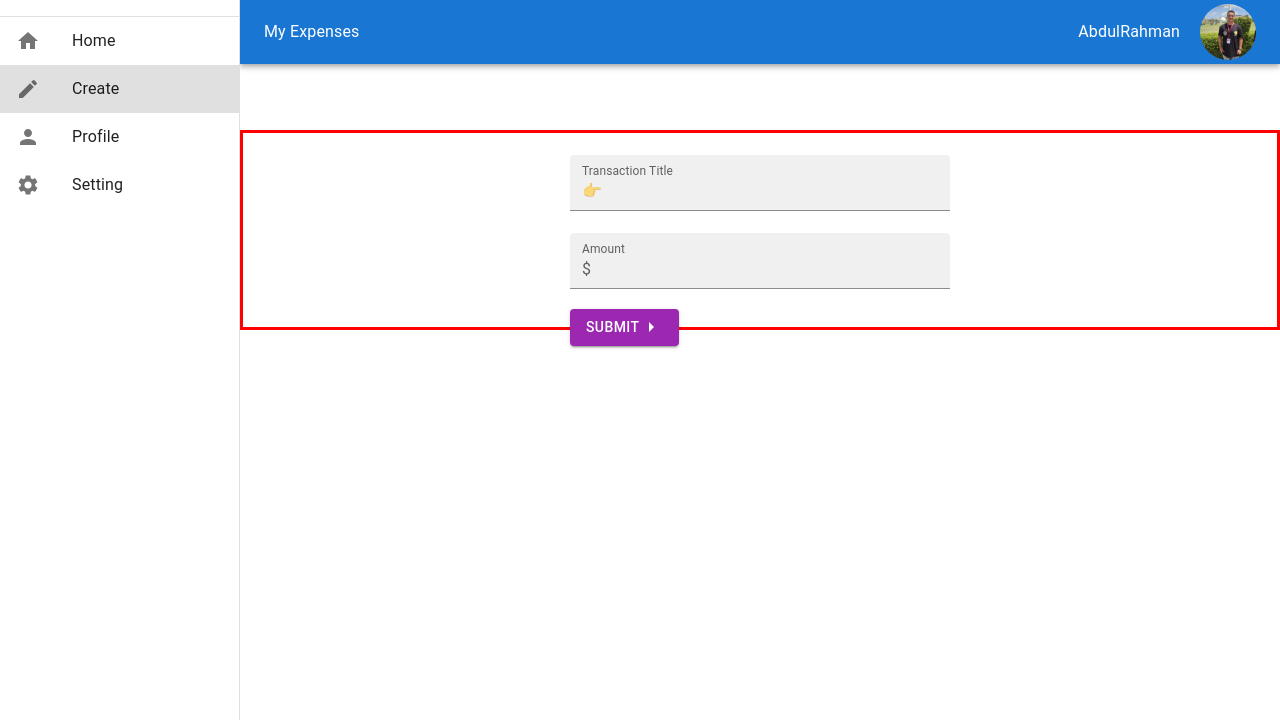
Repository: abdulrahmanmahmood/Expenses-APP
Page: /create
These files come from the project's save history. The page is drawn as it stood at one moment and after a run of saves; the edit follows.
The browser window is 1280 px wide. The pictures show the whole page.
The project was rebuilt for these pictures with package versions that can differ from the ones it lists, and the page was loaded fresh each time. Also part of the build but not shown: src/App.css, src/App.js. Imported but missing from the stored project, and not drawn on this page: src/pages/home/Home.

Above is the page before, as saved 2023-10-03 22:38:31.

### public/index.html
<!DOCTYPE html>
<html lang="en">

<head>
  <meta charset="utf-8" />
  <meta name="viewport" content="width=device-width, initial-scale=1" />
  <meta name="theme-color" content="#000000" />
  <meta name="description" content="Web site created using create-react-app" />
  <link rel="stylesheet" href="https://fonts.googleapis.com/icon?family=Material+Icons" />



  <title>React App</title>
</head>

<body>
  <div id="root"></div>

</body>

</html>

### src/index.js
import React, { useState } from "react";
import ReactDOM from "react-dom/client";
import "./index.css";
import App from "./App";
import {
  createBrowserRouter,
  createRoutesFromElements,
  Route,
  RouterProvider,
} from "react-router-dom";
import Root from "./pages/Root";
import Home from "./pages/home/Home";
import Create from "./pages/create/Create";


const router = createBrowserRouter(
  createRoutesFromElements(
    <Route path="/" element={<Root />}>

      <Route index="/" element={<Home />} />
      <Route path="create" element={<Create />} />



      {/* ... etc. */}

    </Route>
  )
);


ReactDOM.createRoot(document.getElementById("root")).render(
  <React.StrictMode>


    <RouterProvider router={router} />

  </React.StrictMode>
);

### src/index.css
body {
  margin: 0;
  font-family: -apple-system, BlinkMacSystemFont, 'Segoe UI', 'Roboto', 'Oxygen',
    'Ubuntu', 'Cantarell', 'Fira Sans', 'Droid Sans', 'Helvetica Neue',
    sans-serif;
  -webkit-font-smoothing: antialiased;
  -moz-osx-font-smoothing: grayscale;
}

code {
  font-family: source-code-pro, Menlo, Monaco, Consolas, 'Courier New',
    monospace;
}

.border{
  border: 3px red solid;
  height: 200px;
}

### src/pages/Root.jsx
import { Box, CssBaseline, ThemeProvider, createTheme } from "@mui/material";
import React, { useState } from "react";
import { Outlet } from "react-router-dom";
import Appbar from "../MUI-components/Appbar";
import Drawerr from "../MUI-components/Drawer";
import { grey } from "@mui/material/colors";
import getDesignTokens from "../style/theme";

function Root() {
  const drawerWidth = 240;
  const Ltheme = localStorage.getItem("theme")
    ? localStorage.getItem("theme")
    : "light";
  const [mode, setmoode] = useState(Ltheme);
  const [drawerView, setdrawerView] = useState("none");
  const [DrawerType, setDrawerType] = useState("permanent");
  const showDrawer = () => {
    if (drawerView === "none") {
      setdrawerView("block");
      setDrawerType("temporary");
    }
  };
  const hideDrawer = () => {
    setdrawerView("none");
    setDrawerType("permanent");
  };
  const theme = React.useMemo(() => createTheme(getDesignTokens(mode)), [mode]);


  return (
    <ThemeProvider theme={theme}>
      <CssBaseline />
      <div>
        <Appbar
          drawerWidth={drawerWidth}
          showDrawer={showDrawer}
          drawerView={drawerView}
          setDrawerType={setDrawerType}
        />
        <Drawerr
          drawerWidth={drawerWidth}
          setmoode={setmoode}
          drawerView={drawerView}
          DrawerType={DrawerType}
          hideDrawer={hideDrawer}
        />
        <Box
          component="main"
          className="border"
          sx={{
            ml: { sm: `${drawerWidth}px` },
            width: { xs: "100%", sm: `calc(100% - ${drawerWidth}px)` },
            display: "flex",
            justifyContent: "center",
            mt: "66px",
          }}
        >
          <Outlet />
        </Box>
      </div>
    </ThemeProvider>
  );
}

export default Root;

### src/pages/create/Create.jsx
import { Box, Button, InputAdornment, TextField, styled } from "@mui/material";
import "./Create.css";
import { purple } from "@mui/material/colors";
import { ArrowRight } from "@mui/icons-material";

function Create() {
  const ColorButton = styled(Button)(({ theme }) => ({
    color: theme.palette.getContrastText(purple[500]),
    backgroundColor: purple[500],
    '&:hover': {
      backgroundColor: purple[700],
    },
  }));
  return (
    <div>
      <Box component="form"  sx={{ width: "380px" }}>
        <TextField
          fullWidth={true}
          label="Transaction Title"
          sx={{mt:"22px", display:"block"}}
          InputProps={{
            startAdornment: <InputAdornment position="start">👉</InputAdornment>,
          }}
          variant="filled"
        />
          <TextField
          fullWidth={true}
          label="Amount"
          sx={{mt:"22px", display:"block"}}
          InputProps={{
            startAdornment: <InputAdornment position="start">$</InputAdornment>,
          }}
          variant="filled"
        />
        <ColorButton sx={{mt:"20px"}} variant="contained">
          Submit <ArrowRight/>
        </ColorButton>
      </Box>
    </div>
  );
}

export default Create;

### src/MUI-components/Appbar.jsx
import {
  AppBar,
  Avatar,
  Toolbar,
  Typography,
  Link,
  IconButton,
} from "@mui/material";
import React from "react";
import acpcImage from "../../src/assets/images/acpc.jpg";
import { Menu } from "@mui/icons-material";

const Appbar = ({ showDrawer }) => {
  const drawerWidth = 240;

  return (
    <AppBar
      position="static"
      sx={{
        ml: { xs: 0, sm: `${drawerWidth}px` },
        width: { xs: "100%", sm: `calc(100% - ${drawerWidth}px)` },
      }}
    >
      <Toolbar>
        <IconButton
          sx={{ display: { sm: "none" }, mr: "30px" }}
          onClick={() => {
            showDrawer();
          }}
        >
          <Menu />
        </IconButton>
        <Link
          sx={{
            flexGrow: 1,
            textDecoration: "none",
            "&:hover": { fontSize: "16.5px" },
          }}
          href="/"
          color="inherit"
        >
          My Expenses
        </Link>
        <Typography color="inherit" variant="body1" sx={{ mr: "20px" }}>
          AbdulRahman
        </Typography>
        <Avatar alt="" src={acpcImage} sx={{ width: 56, height: 56 }} />
      </Toolbar>
    </AppBar>
  );
};

export default Appbar;

### src/MUI-components/Drawer.jsx
import {
  Divider,
  Drawer,
  IconButton,
  List,
  ListItem,
  ListItemButton,
  ListItemIcon,
  ListItemText,
} from "@mui/material";
import Brightness7Icon from "@mui/icons-material/Brightness7";
import Brightness4Icon from "@mui/icons-material/Brightness4";

import { Create, Home, Logout, Person, Settings } from "@mui/icons-material";
import { Link, useLocation, useNavigate } from "react-router-dom";
import { useTheme } from "@emotion/react";

const Drawerr = ({
  drawerWidth,
  setmoode,
  drawerView,
  DrawerType,
  hideDrawer,
}) => {
  const theme = useTheme();
  const navigate = useNavigate();
  const location = useLocation();
  const myList = [
    {
      text: "Home",
      icon: <Home />,
      path: "/",
    },
    {
      text: "Create",
      icon: <Create />,
      path: "/create",
    },
    {
      text: "Profile",
      icon: <Person />,
      path: "profile",
    },
    {
      text: "Setting",
      icon: <Settings />,
      path: "setting",
    },
  ];
  return (
    <Drawer
      sx={{
        width: `${drawerWidth}px`,
        flexShrink: 0,
        "& .MuiDrawer-paper": {
          width: `${drawerWidth}px`,
          boxSizing: "border-box",
          display: { xs: drawerView, sm: "block" },
        },
      }}
      open={true}
      variant={DrawerType}
      anchor="left"
      onClose={() => {
        hideDrawer();
      }}
    >
      <List>


      </List>

      <Divider />

      {myList.map((item)=>(
                  <ListItem disablePadding
                  key={item.text}
                  sx={{
                    bgcolor:
                      location.pathname === item.path
                        ? theme.palette.favColor.main
                        : null,
                  }}
                  >
                  <ListItemButton>
                    <ListItemIcon>
                    {item.icon}
                    </ListItemIcon>
                    <ListItemText primary={item.text} />
                  </ListItemButton>
                </ListItem>
        ))}
    </Drawer>
  );
};

export default Drawerr;


// <ListItem disablePadding sx={{ mr: "auto", ml: "auto", mb: "16px" }}>
// <IconButton
//   sx={{ mr: "auto", ml: "auto" }}
//   onClick={() => {
//     if (theme.palette.mode === "dark") {
//       setmoode("light");
//       localStorage.setItem("theme", "light");
//     } else {
//       setmoode("dark");
//       localStorage.setItem("theme", "dark");
//     }
//   }}
//   color="inherit"
// >
//   {theme.palette.mode === "dark" ? (
//     <Brightness7Icon />
//   ) : (
//     <Brightness4Icon />
//   )}
// </IconButton>
// </ListItem>
// <Divider />

// <Link to="/" style={{ textDecoration: "none", color: "inherit" }}>
// <ListItem
//   disablePadding
//   sx={{
//     bgcolor:
//       location.pathname === "/" ? theme.palette.favColor.main : null,
//   }}
// >
//   <ListItemButton>
//     <ListItemIcon>
//       <Home />
//     </ListItemIcon>
//     <ListItemText primary="Home" />
//   </ListItemButton>
// </ListItem>
// </Link>

// <ListItem
// disablePadding
// sx={{
//   bgcolor:
//     location.pathname === "/create"
//       ? theme.palette.favColor.main
//       : null,
// }}
// >
// <ListItemButton onClick={() => navigate("/create")}>
//   <ListItemIcon>
//     <Create />
//   </ListItemIcon>
//   <ListItemText primary="Create" />
// </ListItemButton>
// </ListItem>

// <ListItem disablePadding>
// <ListItemButton>
//   <ListItemIcon>
//     <Person />
//   </ListItemIcon>
//   <ListItemText primary="Profile" />
// </ListItemButton>
// </ListItem>

// <ListItem disablePadding>
// <ListItemButton>
//   <ListItemIcon>
//     <Settings />
//   </ListItemIcon>
//   <ListItemText primary="Setting" />
// </ListItemButton>
// </ListItem>

// <ListItem disablePadding>
// <ListItemButton>
//   <ListItemIcon>
//     <Logout />
//   </ListItemIcon>
//   <ListItemText primary="Logout" />
// </ListItemButton>
// </ListItem>

### src/style/theme.jsx
import { grey } from "@mui/material/colors";

const getDesignTokens = (mode) => ({
  palette: {
    mode,
    ...(mode === "light"
      ? {
          // palette values for light mode
          ali: {
            main: "#64748B",
          },
          favColor: {
            main: grey[300],
          },
        }
      : {
          // palette values for dark mode

          favColor: {
            main: grey[800],
          },
        }),
  },
});

export default getDesignTokens;

Loaded but not shown: src/pages/create/Create.css (no stored copy; drawn as an empty file)

After the next 2 saves:
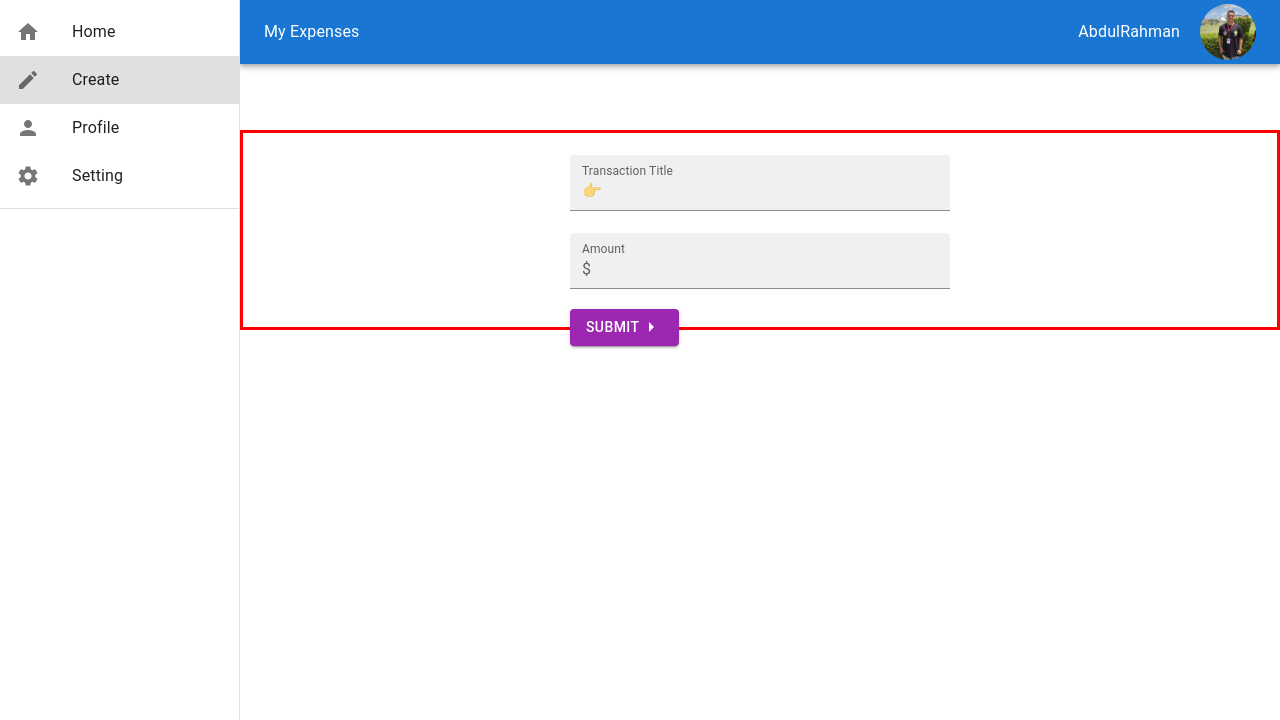
The 2 saves are shown as one change because they came seconds apart.
The last was saved 12 s later.
--- a/src/MUI-components/Drawer.jsx
+++ b/src/MUI-components/Drawer.jsx
@@ -66,12 +66,6 @@ const Drawerr = ({
       }}
     >
       <List>
-
-
-      </List>
-
-      <Divider />
-
       {myList.map((item)=>(
                   <ListItem disablePadding
                   key={item.text}
@@ -90,6 +84,12 @@ const Drawerr = ({
                   </ListItemButton>
                 </ListItem>
         ))}
+
+      </List>
+
+      <Divider />
+
+
     </Drawer>
   );
 };
